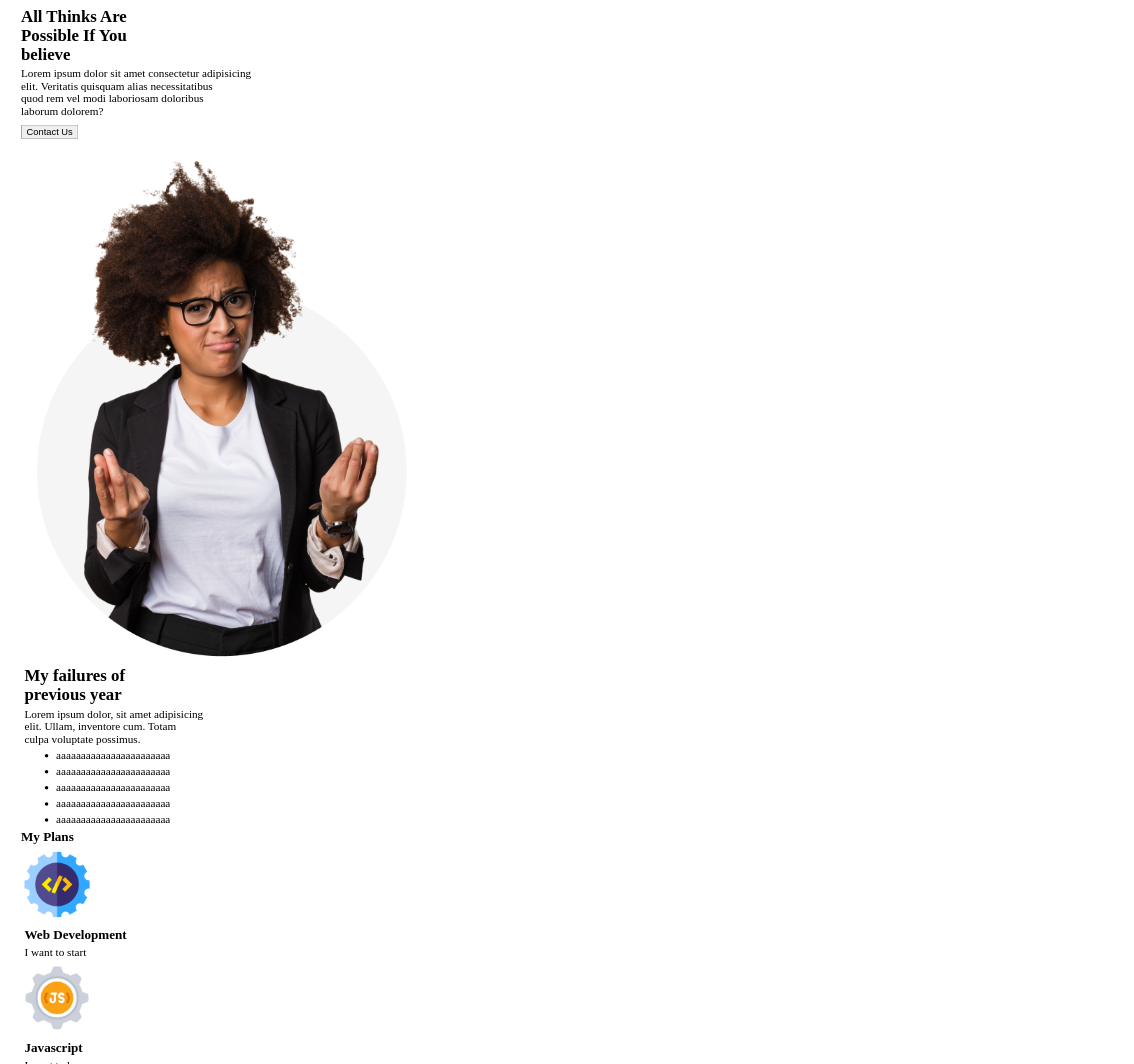
Repository: sadiaafsana138/All-Thinks-Are-Possible-Website
Page: index.html
An editor plug-in stored every save of this project. The page is shown before and after the next save, followed by the edit.
The browser window is 1280 px wide. The page is 1280 px wide, then 1620 px, so the pictures cover 1620 px, including what lies to the right of the window. The pictures show the part of the page from y = 0 to 1520 px (the page is 3102 px tall before and 3408 px after), at 70% of full size.
Backgrounds fixed to the window are drawn as part of the page.

Above is the page before, as saved 2023-01-07 18:49:51.

### index.html
<!DOCTYPE html>
<html lang="en">

<head>
    <meta charset="UTF-8">
    <meta http-equiv="X-UA-Compatible" content="IE=edge">
    <meta name="viewport" content="width=device-width, initial-scale=1.0">
    <title>First Website</title>
    <link rel="stylesheet" href="styles/web.css">
</head>

<body>
    <!-- header -->
    <header>
        <section class="section1">
            <div>
                <h1 id="head-text1">
                    All Thinks Are <br>
                    Possible If You <br>
                    believe
                </h1>
                <p>Lorem ipsum dolor sit amet consectetur adipisicing <br>
                    elit. Veritatis quisquam alias necessitatibus <br>
                    quod rem vel modi laboriosam doloribus <br>
                    laborum dolorem?
                </p>
                <button>
                    Contact Us
                </button>
            </div>
        </section>
    </header>
    <main>
        <!--next sections-->
        <section>
            <div>
                <img src="images/person.png" alt="person">
                <div>
                    <h2>
                        My failures of <br>
                        previous year
                    </h2>
                    <p>
                        Lorem ipsum dolor, sit amet adipisicing <br>
                        elit. Ullam, inventore cum. Totam <br>
                        culpa voluptate possimus.
                    </p>
                    <ul>
                        <li>aaaaaaaaaaaaaaaaaaaaaaa</li>
                        <li>aaaaaaaaaaaaaaaaaaaaaaa</li>
                        <li>aaaaaaaaaaaaaaaaaaaaaaa</li>
                        <li>aaaaaaaaaaaaaaaaaaaaaaa</li>
                        <li>aaaaaaaaaaaaaaaaaaaaaaa</li>
                    </ul>
                </div>
            </div>
        </section>

        <!--section 3-->
        <section>
            <div>
                <h3>
                    My Plans
                </h3>
                <div>
                    <img src="images/icons/web.png" alt=""><br>
                    <H3>Web Development</H3>
                    <p>I want to start</p>
                </div>
                <div>
                    <img src="images/icons/js.png" alt=""><br>
                    <H3>Javascript</H3>
                    <p>I want to learn</p>
                </div>
                <div>
                    <img src="images/icons/smoke.png" alt=""><br>
                    <H3>smoking habit</H3>
                    <p>I want to end</p>
                </div>
                <div>
                    <img src="images/icons/ecom.png" alt=""><br>
                    <H3>E-commerce</H3>
                    <p>I want to develop</p>
                </div>
            </div>
            <div>
                <img src="images/watch.png" alt="">
                <img src="images/gradient1.png" alt="">
                <div>
                    <h3>Always Keep positive Mindset</h3><br>
                    <button>Call now</button>
                </div>
            </div>
        </section>

    </main>
    <footer>
        <Section>
            <div>
                <h2>Future</h2><br>
                <p>Lorem ipsum dolor sit amet consectetur adipisicing elit. Totam ullam accusamus sequi dolor dolores,
                    suscipit dignissimos aut doloribus officiis explicabo distinctio dolore, quo perspiciatis odio magni
                    at tempore neque reiciendis.
                </p><br>
                <p>Email: XXXXXX@gmail.com</p><br>
                <P>phone-no: 01516656595</P><br>
                <ul>
                    <li><img src="images/icons/fb.png" alt=""></li>
                    <li><img src="images/icons/youtube.png" alt=""></li>
                    <li><img src="images/icons/twitter.png" alt=""></li>
                </ul>
            </div>
            <div>
                <h3>subscribe</h3><br>
                <input type="email" plavceholder="Enter Your Email"><br>
                <button>subscribe here</button>
            </div>
        </Section>
    </footer>
</body>

</html>

### styles/web.css
*{
margin: 5px;
}
.header{
    background-image: url(images/banner/banner3.png);
    height: 500px;
    width:1600px;
    background-repeat: no-repeat;

    background-attachment: fixed;
}

After the next save:
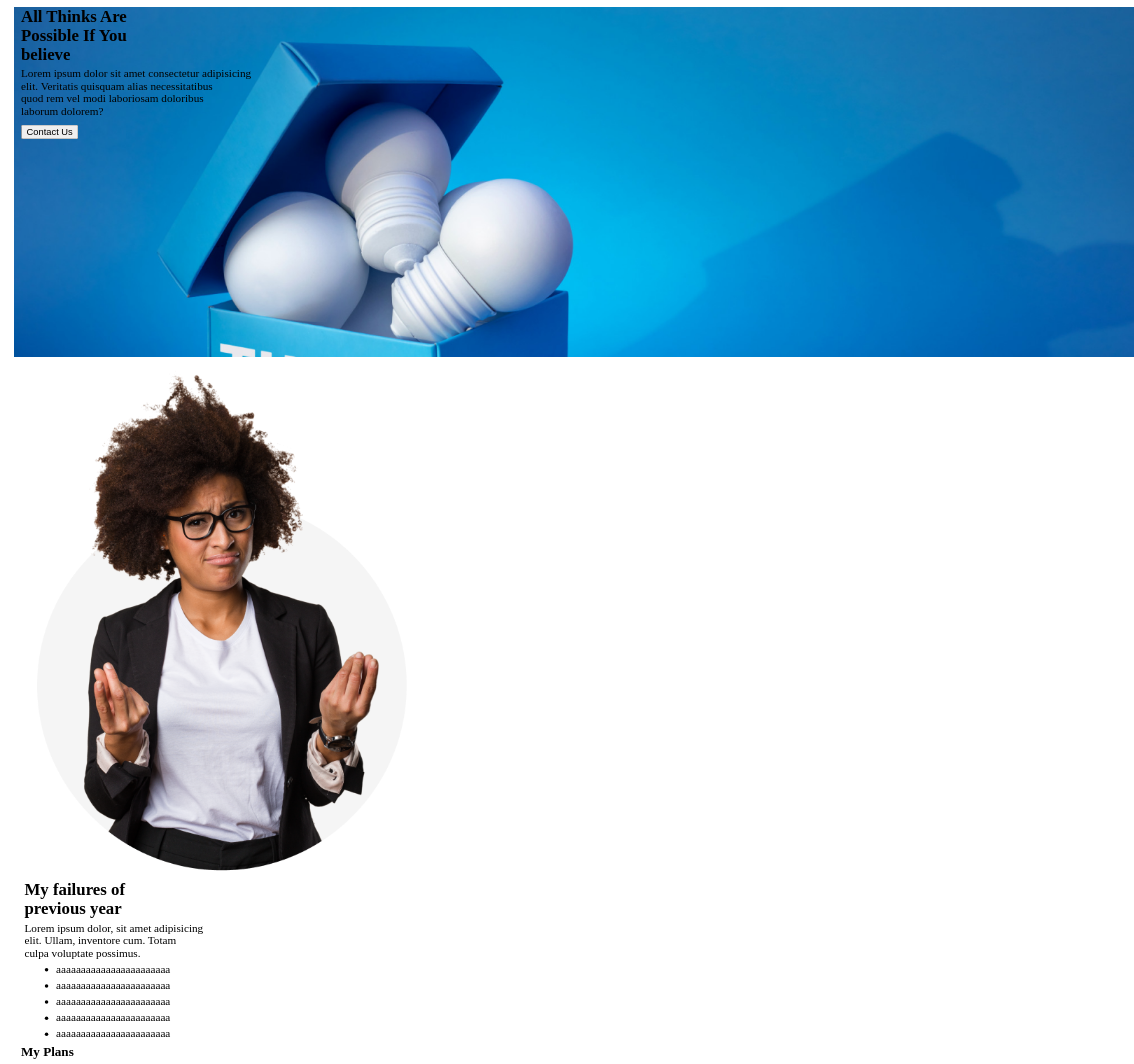
Saved 58 s later.
--- a/styles/web.css
+++ b/styles/web.css
@@ -1,7 +1,7 @@
 *{
 margin: 5px;
 }
-.header{
+.section1{
     background-image: url(images/banner/banner3.png);
     height: 500px;
     width:1600px;
